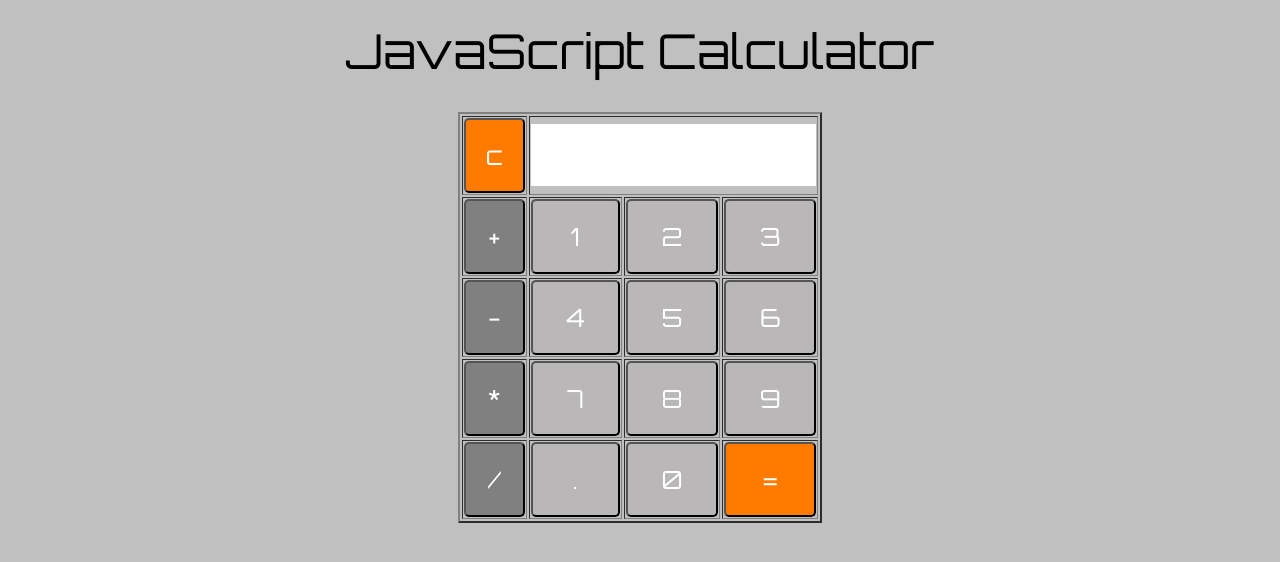
Repository: spidero7/Simple-Calculator
Page: index.html
The author's editor kept a copy of each file at every save. The page is drawn from the files as they stood at one save, then again after the next save.
The browser window is 1280 px wide. The pictures show the whole page.

Above is the page before, as saved 2021-09-16 08:03:16.

After the next save:
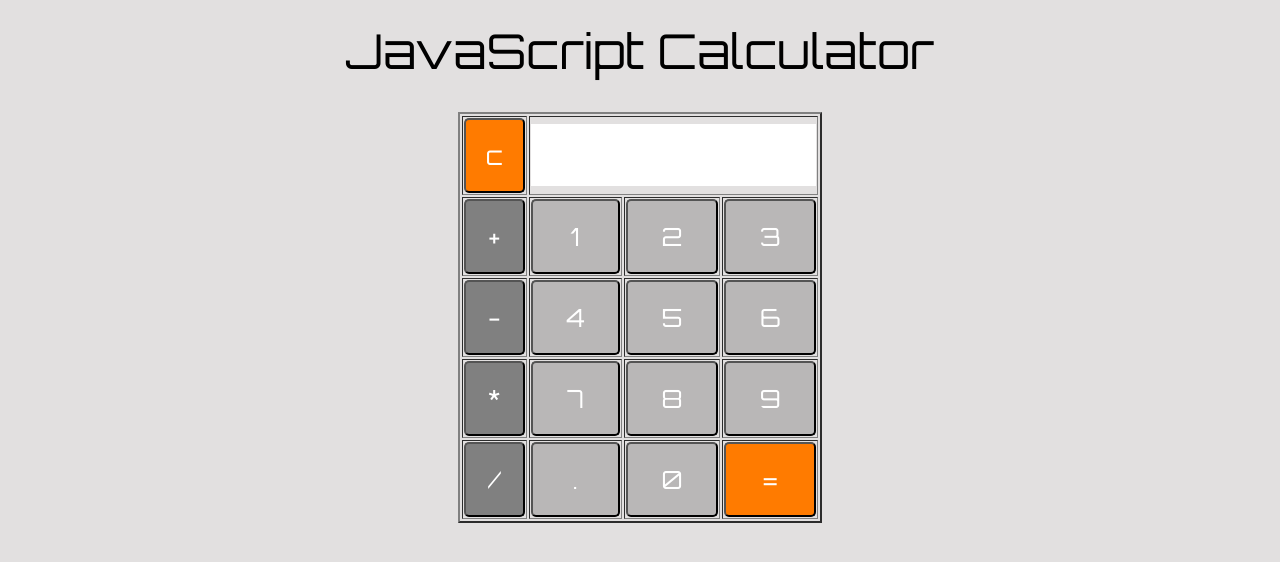
Saved 5 s later.
--- a/style.css
+++ b/style.css
@@ -6,7 +6,7 @@
 body {
     margin: 0;
     padding: 0;
-    background-color: rgb(192, 192, 192);
+    background-color: rgb(226, 224, 224);
 }
 
 .calculator-container {
